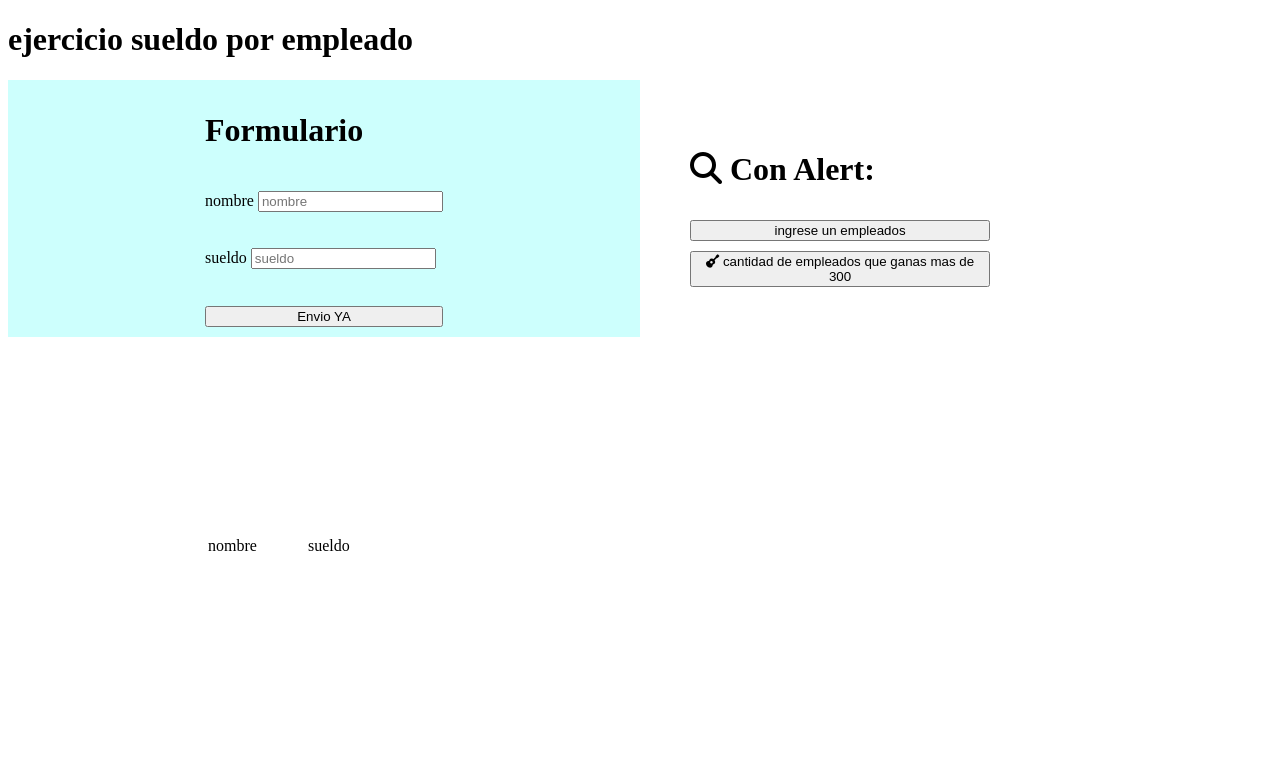
Repository: wolfmarcos/Ej-FormSesionEmpleados
Page: index.html
The author's editor kept a copy of each file at every save. The page is drawn from the files as they stood at one save, then again after the next save.
The browser window is 1280 px wide. The pictures show the whole page.
Some web libraries are served in a nearby version.

Above is the page before, as saved 2022-07-31 04:24:52.

After the next save:
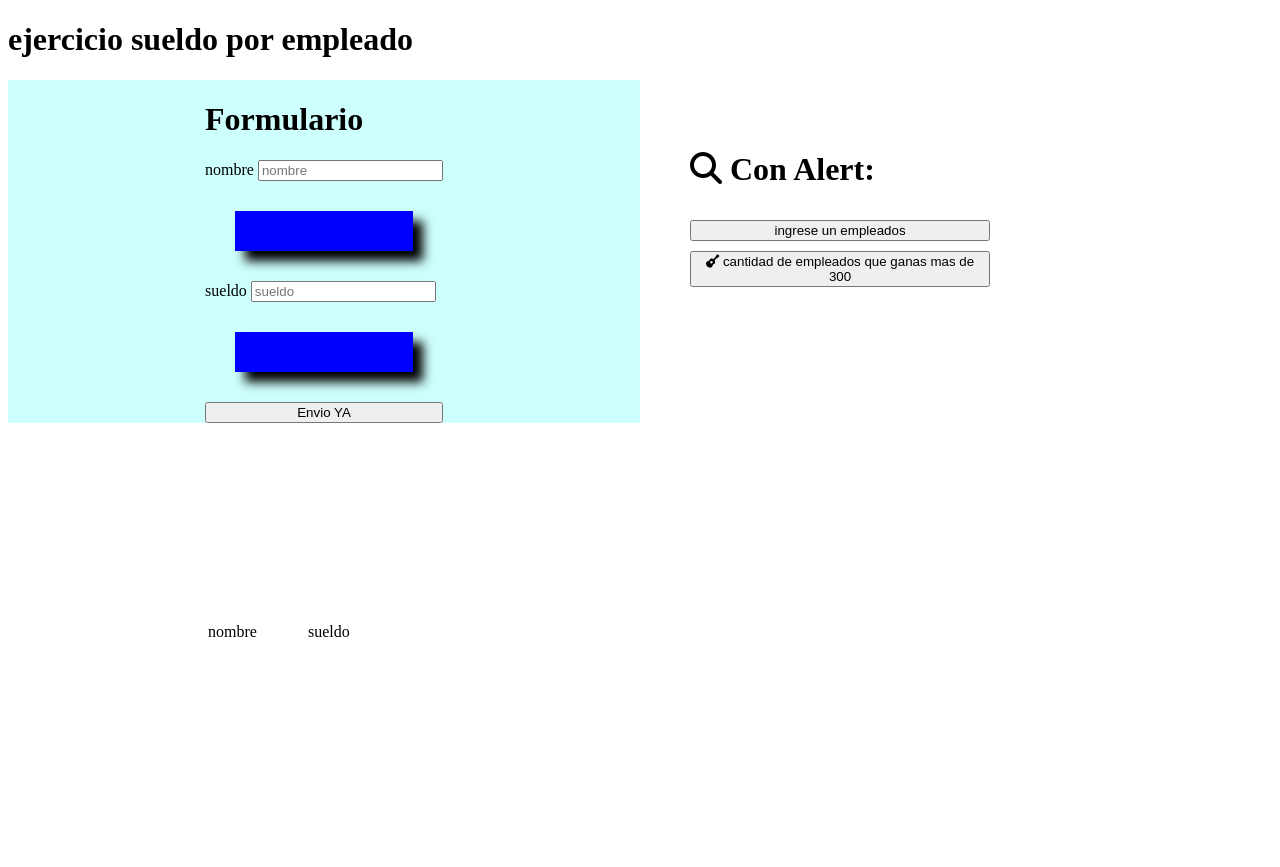
Saved 4 s later.
--- a/ej1.css
+++ b/ej1.css
@@ -37,7 +37,7 @@ background-color: rgb(205, 255, 253);
 }
  /* .d.h.nota{visibility: hidden;} */
 /* .b.borde{border-bottom: solid 5px brown;} */
-.forms .h .{
+.forms .h .nota{
   background-color: blue;
   padding: 20px;
   margin: 30px;
